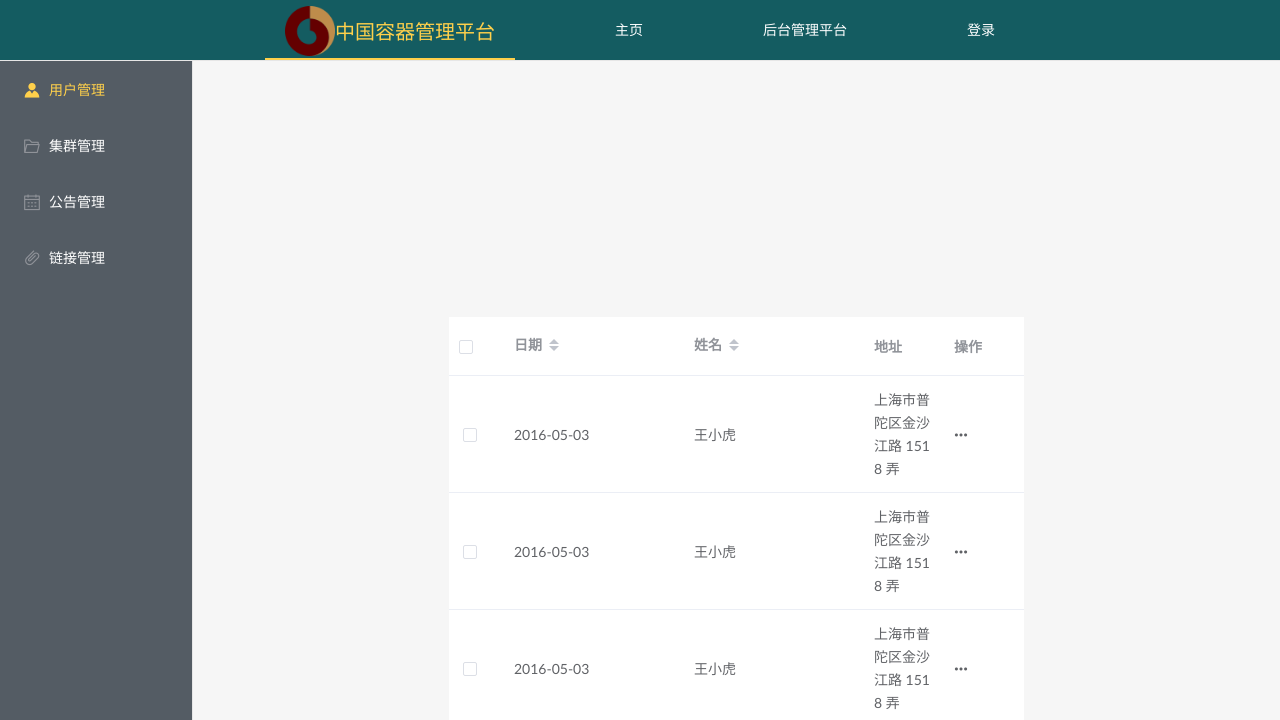
Repository: lei123zhou/zhongjin
Page: /main/management/user
These files come from the project's save history. The page is drawn as it stood at one moment and after the next save; the edit follows.
The browser window is 1280 px wide. The pictures show the whole page.
The project was rebuilt for these pictures with package versions that can differ from the ones it lists, and the page was loaded fresh each time. Also part of the build but not shown: vue.config.js.

Above is the page before, as saved 2022-08-29 22:10:19.

After the next save:
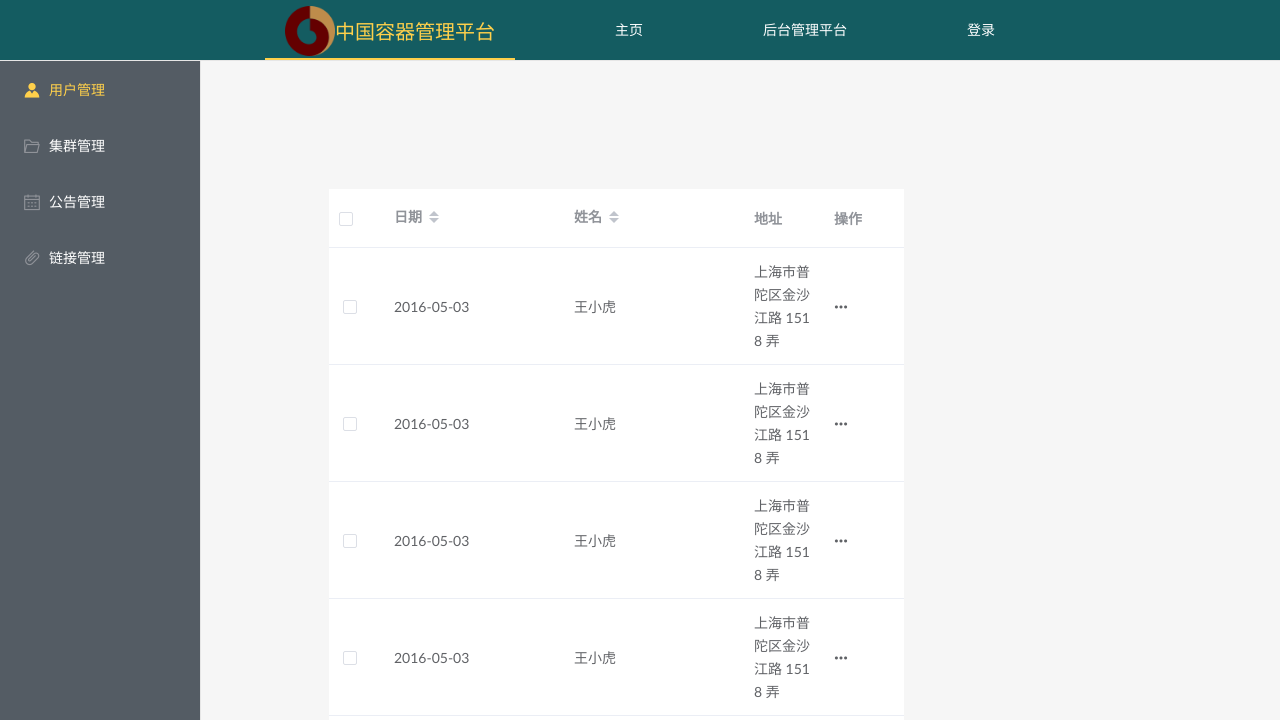
Saved 21 s later.
--- a/src/pages/management/user/UserPage.vue
+++ b/src/pages/management/user/UserPage.vue
@@ -142,6 +142,6 @@ export default {
 
 <style lang="less" scoped>
 .user{
-    margin: 20vw;
+    margin: 10vw;
 }
 </style>
